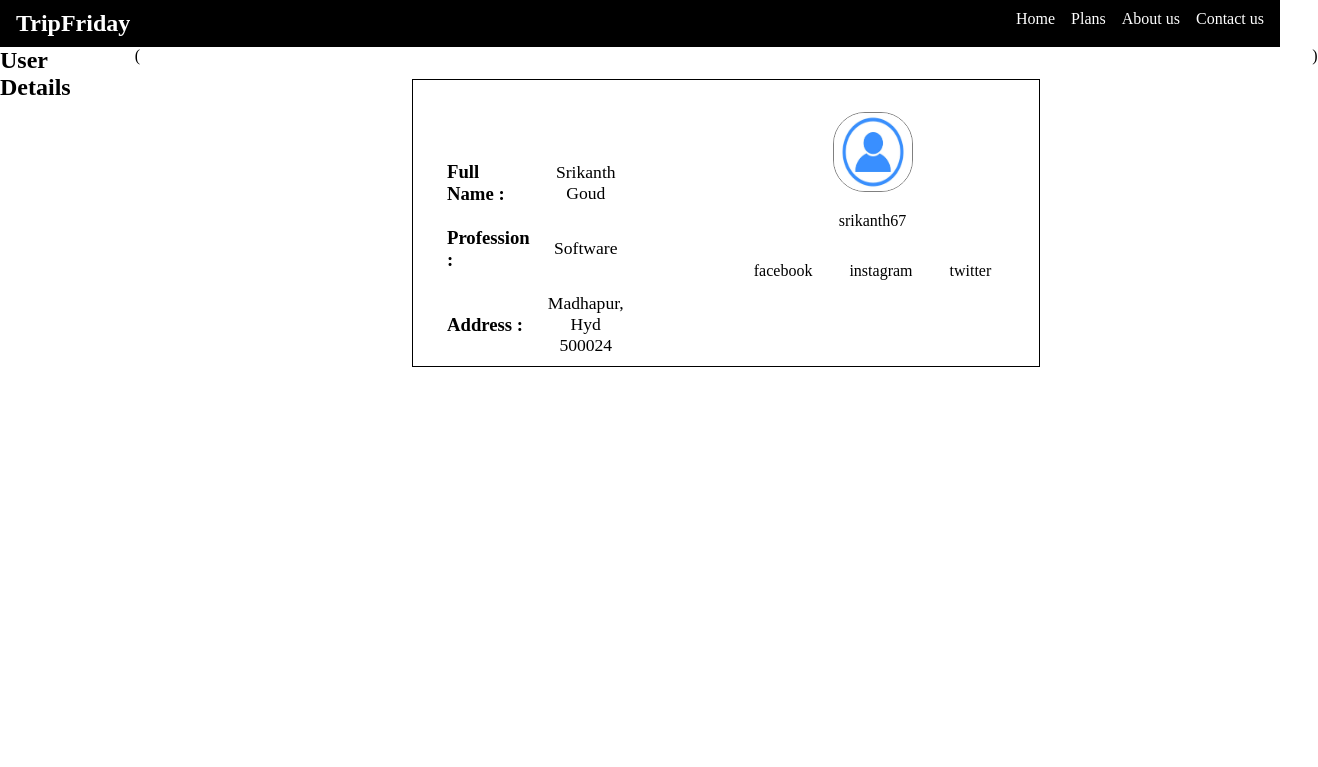
Repository: suraj-yadav7/userprofile
Page: /
An editor plug-in stored every save of this project. The page is shown before and after the next save, followed by the edit.
The browser window is 1280 px wide. The page is 1318 px wide, then 1280 px, so the pictures cover 1318 px, including what lies to the right of the window. The pictures show the whole page.
The page's requests for data from a server got no answer. The project was rebuilt for these pictures with package versions that can differ from the ones it lists, and the page was loaded fresh each time. No one was signed in, and anything a server would have sent is missing. Also part of the build but not shown: src/components/UserDetails.jsx.

Above is the page before, as saved 2023-05-04 14:43:01.

After the next save:
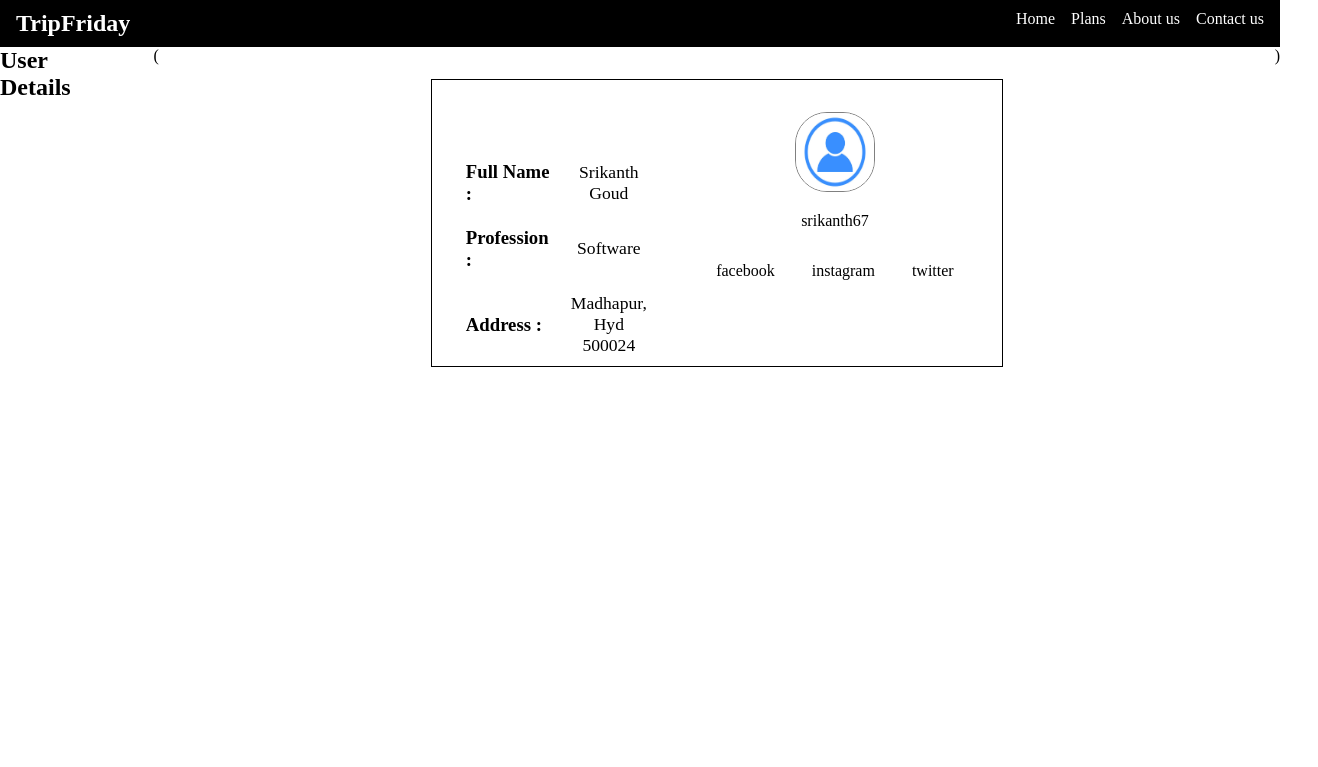
Saved 29 s later.
--- a/src/assests/userDetails.scss
+++ b/src/assests/userDetails.scss
@@ -2,7 +2,7 @@
 
 .details{
     display: flex;
-    gap: 6rem;
+    gap: 2rem;
     border: 1px solid black;
     width: 60vw;
     height: 40vh;
